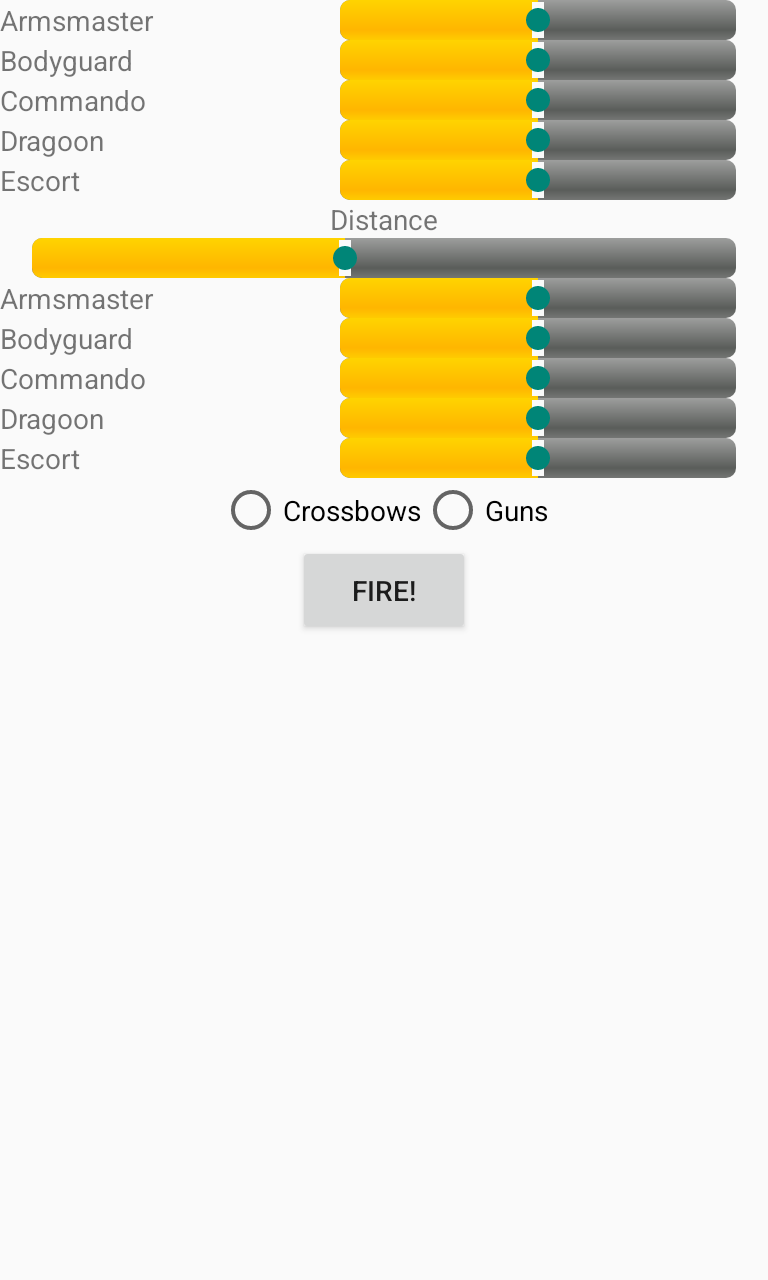
Repository: bryanpope/TARR
Layout: workspace/helloworld/res/layout/activity_hello_world.xml
The author's editor kept a copy of each file at every save. The layout is drawn from the files as they stood at one save, then again after the next save.
It is drawn on a 768 x 1280 px phone screen (xhdpi) without system bars, with theme AppTheme; the app's code is not run.

Above is the layout before, as saved 2014-06-01 23:50:33.

### workspace/helloworld/res/layout/activity_hello_world.xml
<LinearLayout xmlns:android="http://schemas.android.com/apk/res/android"
    android:layout_width="fill_parent"
    android:layout_height="wrap_content"
    android:orientation="vertical" >

	<LinearLayout
	    android:layout_width="fill_parent"
	    android:layout_height="wrap_content"
	    android:orientation="horizontal" >

	    <TextView
	        android:id="@+id/textAttackArmsmaster"
	        android:layout_width="0dp"
	        android:layout_height="wrap_content"
	        android:layout_gravity="center_vertical"
	        android:layout_weight="0.90"
	        android:text="@string/armsmaster" />

	    <SeekBar
	        android:id="@+id/seekBarAttackArmsmaster"
	        style="@android:style/Widget.ProgressBar.Horizontal"
	        android:layout_width="230dp"
	        android:layout_height="wrap_content"
	        android:max="50"
	        android:progress="25"
	        android:secondaryProgress="0" />
    </LinearLayout>
	<LinearLayout
              android:layout_width="fill_parent"
              android:layout_height="wrap_content"
              android:orientation="horizontal" >

    	<TextView android:id="@+id/textAttackBodyguard"
              android:layout_width="0dp"
              android:layout_height="wrap_content"
		      android:layout_gravity="center_vertical"
		      android:layout_weight="0.90"
              android:text="@string/bodyguard" />

    	<SeekBar
    	    android:id="@+id/seekBarAttackBodyguard"
    	    style="@android:style/Widget.ProgressBar.Horizontal"
    	    android:layout_width="230dp"
    	    android:layout_height="wrap_content"
    	    android:max="50"
    	    android:progress="25"
    	    android:secondaryProgress="0" />

    </LinearLayout>
	<LinearLayout
              android:layout_width="fill_parent"
              android:layout_height="wrap_content"
              android:orientation="horizontal" >

    <TextView android:id="@+id/textAttackCommando"
              android:layout_width="0dp"
              android:layout_height="wrap_content"
		      android:layout_gravity="center_vertical"
		      android:layout_weight="0.90"
              android:text="@string/commando" />
	    <SeekBar
	        android:id="@+id/seekBarAttackCommando"
	        style="@android:style/Widget.ProgressBar.Horizontal"
	        android:layout_width="230dp"
	        android:layout_height="wrap_content"
	        android:max="50"
	        android:progress="25"
	        android:secondaryProgress="0" />
    </LinearLayout>
	<LinearLayout
              android:layout_width="fill_parent"
              android:layout_height="wrap_content"
              android:orientation="horizontal" >

    <TextView android:id="@+id/textAttackDragoon"
              android:layout_width="0dp"
              android:layout_height="wrap_content"
		      android:layout_gravity="center_vertical"
		      android:layout_weight="0.90"
              android:text="@string/dragoon" />
	    <SeekBar
	        android:id="@+id/seekBarAttackDragoon"
	        style="@android:style/Widget.ProgressBar.Horizontal"
	        android:layout_width="230dp"
	        android:layout_height="wrap_content"
	        android:max="50"
	        android:progress="25"
	        android:secondaryProgress="0" />
    </LinearLayout>

	<LinearLayout
	    android:layout_width="fill_parent"
	    android:layout_height="wrap_content"
	    android:orientation="horizontal" >

	    <TextView
	        android:id="@+id/textAttackEscort"
	        android:layout_width="0dp"
	        android:layout_height="wrap_content"
		      android:layout_gravity="center_vertical"
	        android:layout_weight="0.90"
	        android:text="@string/escort" />

	    <SeekBar
	        android:id="@+id/seekBarAttackEscort"
	        style="@android:style/Widget.ProgressBar.Horizontal"
	        android:layout_width="230dp"
	        android:layout_height="wrap_content"
	        android:max="50"
	        android:progress="25"
	        android:secondaryProgress="0" />
	</LinearLayout>

	    <TextView
	        android:id="@+id/textDistance"
	        android:layout_width="wrap_content"
	        android:layout_height="wrap_content"
	        android:layout_gravity="center_horizontal"
	        android:text="@string/distance" />
	    <SeekBar
	        android:id="@+id/seekBarDistance"
	        style="@android:style/Widget.ProgressBar.Horizontal"
	        android:layout_width="fill_parent"
	        android:layout_height="wrap_content"
	        android:max="9"
	        android:progress="4"
	        android:secondaryProgress="0" />

	<LinearLayout
	    android:layout_width="fill_parent"
	    android:layout_height="wrap_content"
	    android:orientation="horizontal" >

	    <TextView android:id="@+id/textDefenceArmsmaster"
              android:layout_width="0dp"
              android:layout_height="wrap_content"
		      android:layout_gravity="center_vertical"
		      android:layout_weight="0.90"
              android:text="@string/armsmaster" />
	    <SeekBar
	        android:id="@+id/seekBarDefenceArmsmaster"
	        style="@android:style/Widget.ProgressBar.Horizontal"
	        android:layout_width="230dp"
	        android:layout_height="wrap_content"
	        android:max="50"
	        android:progress="25"
	        android:secondaryProgress="0" />
    </LinearLayout>
	<LinearLayout
              android:layout_width="fill_parent"
              android:layout_height="wrap_content"
              android:orientation="horizontal" >

    	<TextView android:id="@+id/textDefenceBodyguard"
              android:layout_width="0dp"
              android:layout_height="wrap_content"
		      android:layout_gravity="center_vertical"
		      android:layout_weight="0.90"
              android:text="@string/bodyguard" />

    	<SeekBar
    	    android:id="@+id/seekBarDefencekBodyguard"
    	    style="@android:style/Widget.ProgressBar.Horizontal"
    	    android:layout_width="230dp"
    	    android:layout_height="wrap_content"
    	    android:max="50"
    	    android:progress="25"
    	    android:secondaryProgress="0" />

    </LinearLayout>
	<LinearLayout
              android:layout_width="fill_parent"
              android:layout_height="wrap_content"
              android:orientation="horizontal" >

    <TextView android:id="@+id/textDefenceCommando"
              android:layout_width="0dp"
              android:layout_height="wrap_content"
		      android:layout_gravity="center_vertical"
		      android:layout_weight="0.90"
              android:text="@string/commando" />
	    <SeekBar
	        android:id="@+id/seekBarDefenceCommando"
	        style="@android:style/Widget.ProgressBar.Horizontal"
	        android:layout_width="230dp"
	        android:layout_height="wrap_content"
	        android:max="50"
	        android:progress="25"
	        android:secondaryProgress="0" />
    </LinearLayout>
	<LinearLayout
              android:layout_width="fill_parent"
              android:layout_height="wrap_content"
              android:orientation="horizontal" >

    <TextView android:id="@+id/textDefenceDragoon"
              android:layout_width="0dp"
              android:layout_height="wrap_content"
		      android:layout_gravity="center_vertical"
		      android:layout_weight="0.90"
              android:text="@string/dragoon" />
	    <SeekBar
	        android:id="@+id/seekBarDefenceDragoon"
	        style="@android:style/Widget.ProgressBar.Horizontal"
	        android:layout_width="230dp"
	        android:layout_height="wrap_content"
	        android:max="50"
	        android:progress="25"
	        android:secondaryProgress="0" />
    </LinearLayout>

	<LinearLayout
	    android:layout_width="fill_parent"
	    android:layout_height="wrap_content"
	    android:orientation="horizontal" >

	    <TextView
	        android:id="@+id/textDefenceEscort"
	        android:layout_width="0dp"
	        android:layout_height="wrap_content"
	      	android:layout_gravity="center_vertical"
	        android:layout_weight="0.90"
	        android:text="@string/escort" />

	    <SeekBar
	        android:id="@+id/seekBarDefenceEscort"
	        style="@android:style/Widget.ProgressBar.Horizontal"
	        android:layout_width="230dp"
	        android:layout_height="wrap_content"
	        android:max="50"
	        android:progress="25"
	        android:secondaryProgress="0" />
	</LinearLayout>

	<RadioGroup
	    android:layout_width="wrap_content"
	    android:layout_height="wrap_content"
	    android:layout_gravity="center_horizontal"
	    android:orientation="horizontal" >
	    <RadioButton
	        android:id="@+id/radioCrossbows"
	        android:layout_width="wrap_content"
	        android:layout_height="wrap_content"
	        android:text="@string/crossbows" />
	    <RadioButton
	        android:id="@+id/radioGuns"
	        android:layout_width="wrap_content"
	        android:layout_height="wrap_content"
	        android:text="@string/guns" />
	</RadioGroup>

    <Button
        android:id="@+id/buttonFire"
        android:layout_width="wrap_content"
        android:layout_height="wrap_content"
	    android:layout_gravity="center_horizontal"
        android:text="@string/fire" />

	<LinearLayout
	    android:layout_width="wrap_parent"
	    android:layout_height="wrap_content"
	    android:orientation="horizontal"
	    android:layout_gravity="center_horizontal" >
	    <TextView
	        android:id="@+id/textNameAttackArmsmaster"
	        android:layout_width="wrap_content"
	        android:layout_height="wrap_content"
	      	android:layout_gravity="center_vertical"
	        android:text="@string/a" />
	    <TextView
	        android:id="@+id/textLossesAttackArmsmaster"
	        android:layout_width="wrap_content"
	        android:layout_height="wrap_content"
	      	android:layout_gravity="center_vertical"
	        android:text="" />

	    <TextView
	        android:id="@+id/textNameAttackBodyguard"
	        android:layout_width="wrap_content"
	        android:layout_height="wrap_content"
	      	android:layout_gravity="center_vertical"
	        android:text="@string/b" />
	    <TextView
	        android:id="@+id/textLossesAttackBodyguard"
	        android:layout_width="wrap_content"
	        android:layout_height="wrap_content"
	      	android:layout_gravity="center_vertical"
	        android:text="" />

	    <TextView
	        android:id="@+id/textNameAttackCommando"
	        android:layout_width="wrap_content"
	        android:layout_height="wrap_content"
	      	android:layout_gravity="center_vertical"
	        android:text="@string/c" />
	    <TextView
	        android:id="@+id/textLossesAttackCommando"
	        android:layout_width="wrap_content"
	        android:layout_height="wrap_content"
	      	android:layout_gravity="center_vertical"
	        android:text="" />

	    <TextView
	        android:id="@+id/textNameAttackDragoon"
	        android:layout_width="wrap_content"
	        android:layout_height="wrap_content"
	      	android:layout_gravity="center_vertical"
	        android:text="@string/d" />
	    <TextView
	        android:id="@+id/textLossesAttackDragoon"
	        android:layout_width="wrap_content"
	        android:layout_height="wrap_content"
	      	android:layout_gravity="center_vertical"
	        android:text="" />

	    <TextView
	        android:id="@+id/textNameAttackEscort"
	        android:layout_width="wrap_content"
	        android:layout_height="wrap_content"
	      	android:layout_gravity="center_vertical"
	        android:text="@string/e" />
	    <TextView
	        android:id="@+id/textLossesAttackEscort"
	        android:layout_width="wrap_content"
	        android:layout_height="wrap_content"
	      	android:layout_gravity="center_vertical"
	        android:text="" />
	</LinearLayout>

</LinearLayout>

### workspace/helloworld/res/values/strings.xml
<?xml version="1.0" encoding="utf-8"?>
<resources>

    <string name="app_name">Hello World</string>
    <string name="hello_world">Hello world!</string>
    <string name="action_settings">Settings</string>
    <string name="armsmaster">Armsmaster</string>
    <string name="bodyguard">Bodyguard</string>
    <string name="commando">Commando</string>
    <string name="dragoon">Dragoon</string>
    <string name="escort">Escort</string>
    <string name="distance">Distance</string>
    <string name="crossbows">Crossbows</string>
    <string name="guns">Guns</string>
    <string name="fire">FIRE!</string>
    <string name="a">A:</string>
    <string name="b">B:</string>
    <string name="c">C:</string>
    <string name="d">D:</string>
    <string name="e">E:</string>

</resources>

Loaded but not shown: workspace/helloworld/res/values/styles.xml (common file); workspace/helloworld/res/values-v11/styles.xml (common file); workspace/helloworld/res/values-v14/styles.xml (common file)

After the next save:
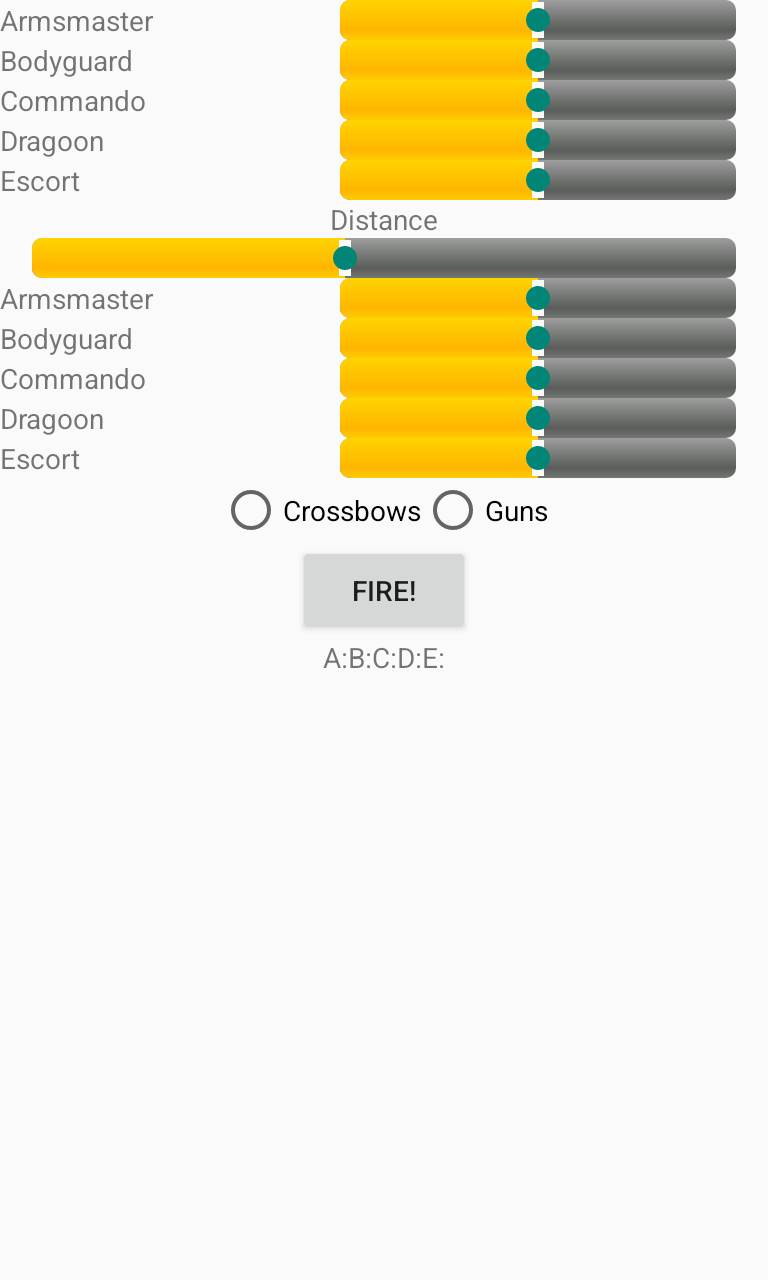
Saved 13 s later.
--- a/workspace/helloworld/res/layout/activity_hello_world.xml
+++ b/workspace/helloworld/res/layout/activity_hello_world.xml
@@ -257,7 +257,7 @@
         android:text="@string/fire" />
 
 	<LinearLayout
-	    android:layout_width="wrap_parent"
+	    android:layout_width="wrap_content"
 	    android:layout_height="wrap_content"
 	    android:orientation="horizontal"
 	    android:layout_gravity="center_horizontal" >
